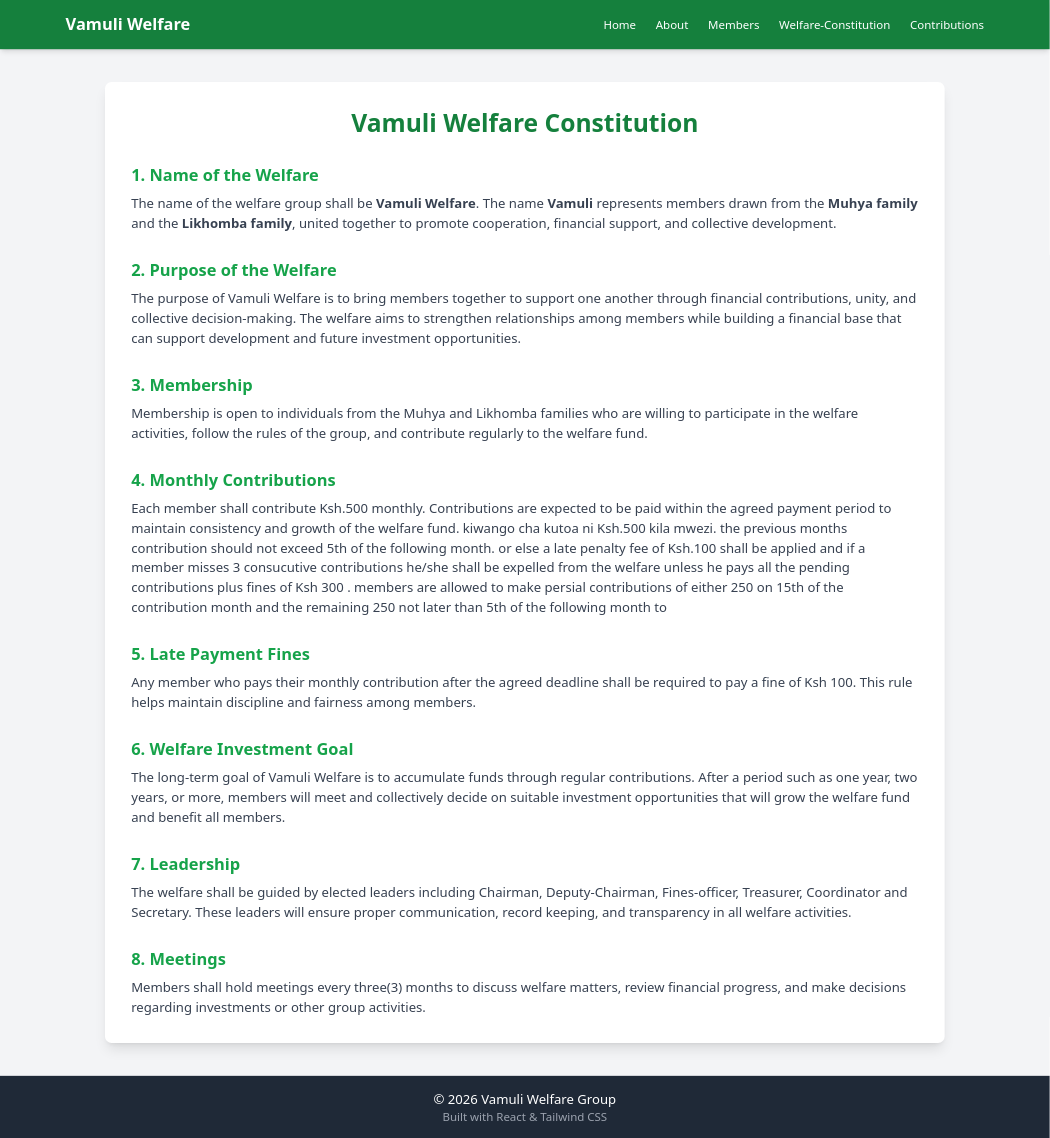
Repository: Engineer-collo/Vamuli-welfare
Page: /constitution
These files come from the project's save history. The page is drawn as it stood at one moment and after a run of saves; the edit follows.
The browser window is 1280 px wide. The pictures show the whole page, at 82% of full size.
The project was rebuilt for these pictures with package versions that can differ from the ones it lists, and the page was loaded fresh each time. Also part of the build but not shown: vite.config.js, src/pages/contributionsData.js, src/pages/Home.jsx, src/pages/Members.jsx, src/pages/ContributionsTable.jsx, src/pages/About.jsx.

Above is the page before, as saved 2026-03-16 15:34:05.

After the next 2 saves:
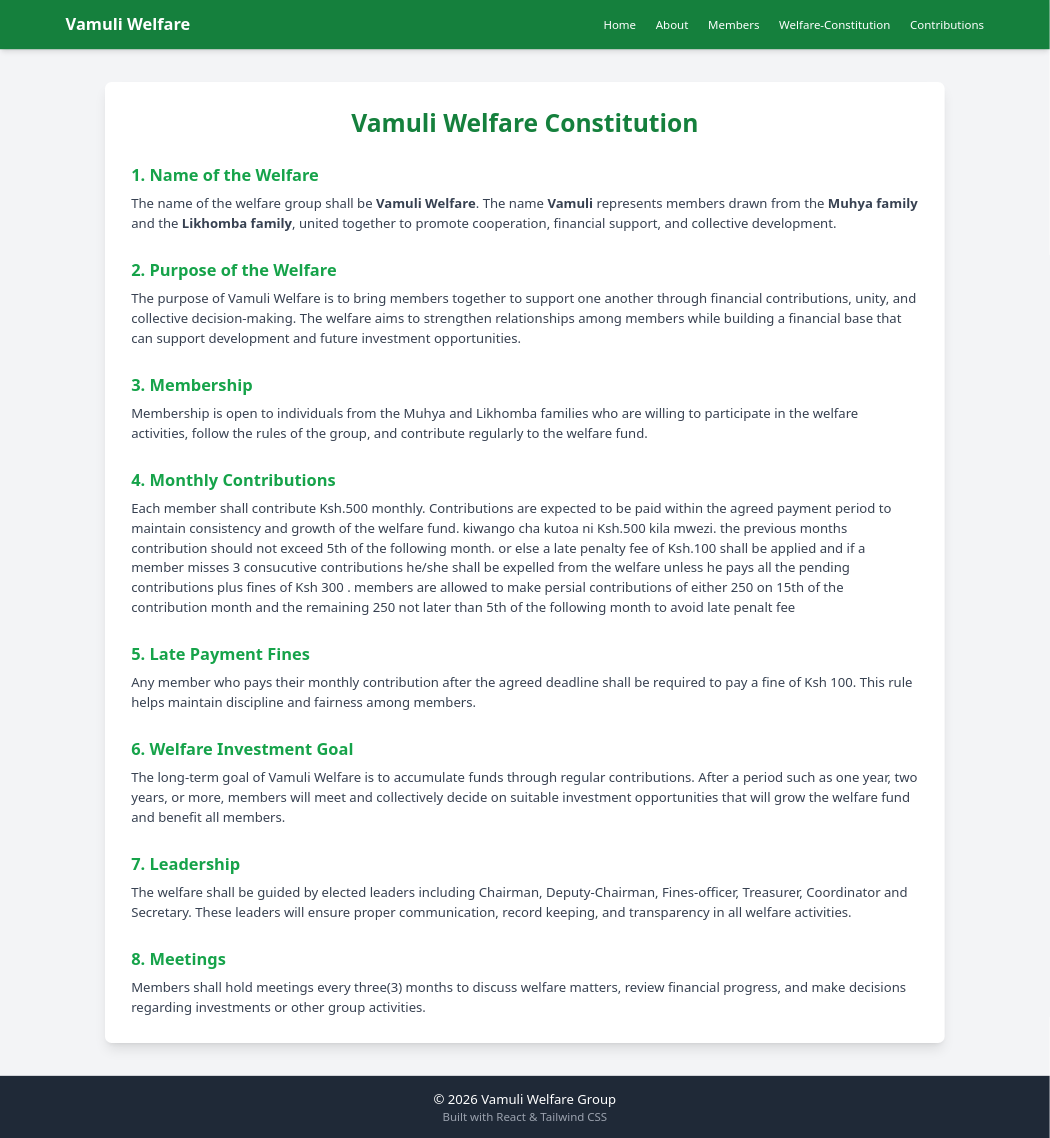
The 2 saves are shown as one change because they came seconds apart.
The last was saved 10 s later.
--- a/src/pages/WelfareConstituion.jsx
+++ b/src/pages/WelfareConstituion.jsx
@@ -68,7 +68,7 @@
           period to maintain consistency and growth of the welfare fund.
 
           kiwango cha kutoa ni Ksh.500 kila mwezi. the previous months contribution should not exceed 5th of the following month. or else a late penalty fee
-           of Ksh.100 shall be applied and if a member misses 3 consucutive contributions he/she shall be expelled from the welfare unless he pays all the pending contributions plus fines of Ksh 300 . members are allowed to make persial contributions of either 250 on 15th of the contribution month and the remaining 250 not later than 5th of the following month to
+           of Ksh.100 shall be applied and if a member misses 3 consucutive contributions he/she shall be expelled from the welfare unless he pays all the pending contributions plus fines of Ksh 300 . members are allowed to make persial contributions of either 250 on 15th of the contribution month and the remaining 250 not later than 5th of the following month to avoid late penalt fee
         </p>
       </section>
 
